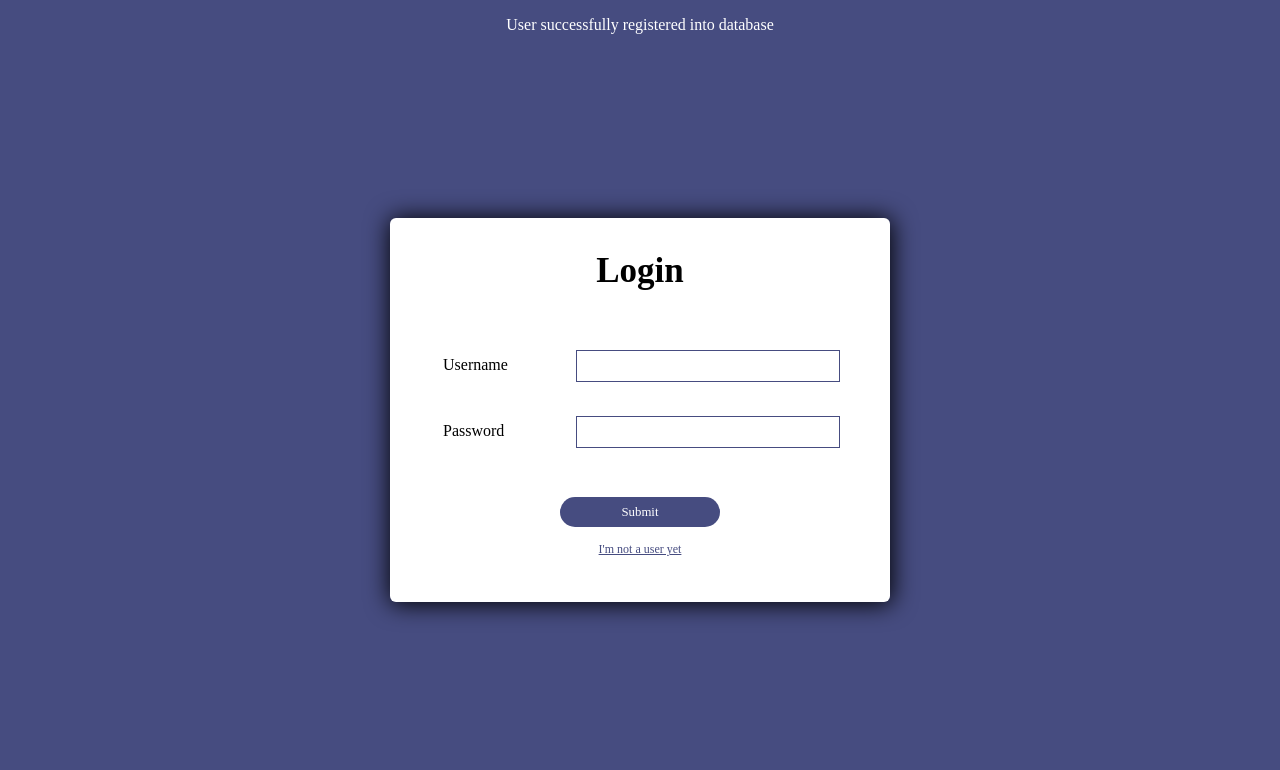
Repository: ivanmirandastavenuiter/jsp-raw-crud
Page: http://localhost/CH33TZ/index.jsp
An editor plug-in stored every save of this project. The page is shown before and after the next save, followed by the edit.
The browser window is 1280 px wide. The pictures show the whole page.
Some web fonts or font styles are not loaded; a fallback is used. The page is served by Tomcat 9. Other server files are loaded and not shown.

Above is the page before, as saved 2020-05-12 14:41:42.

### CH33TZ/WebContent/index.jsp
<%@ page language="java" contentType="text/html; charset=UTF-8"
    pageEncoding="UTF-8" %>
<%@ page import="java.sql.Statement" %>
<%@ page import="java.sql.ResultSet" %>
<%@ page import="java.sql.DriverManager" %>
<%@ page import="java.sql.Connection" %>
<%@ page import="java.sql.PreparedStatement" %>
<%@ page import="java.util.logging.Logger" %>
<%@ page import="java.util.Map, java.util.HashMap" %>
<%@ page import="java.util.Collection" %>
<%@ page import="java.util.Set" %>
<%@ page import="java.util.Set" %>
<%@ taglib uri = "http://java.sun.com/jsp/jstl/core" prefix = "c" %>
<!DOCTYPE html>
<html>
<head>
<meta charset="UTF-8">
<title>Login</title>
<link href="https://fonts.googleapis.com/css?family=Merriweather&display=swap" rel="stylesheet">
<script type="module" src="Validations/ValidationLogin.mjs"></script>
<style>

	body {
		background: #464c80;
		margin: 0;
		padding: 0;
		height: 100vh;
		width: 100vw;
		font-size: 62.5%; /* This is equivalent to 10px */
		font-family: 'Merriweather', serif;
	}

	div.main-container-div {
		height: 100%;
	}

	div.register-result-container {

	}

	div.register-result-message {
		width: 50%;
		margin: 0 auto;
		font-size: 1.6em;
		color: #fff;
	}

	div.register-result-message p {
		text-align: center;
	}

	div.main-content-div {
		height: 100%;
		display: flex;
		justify-content: center;
		align-items: center;
	}

	div.form-container-div {
		border-radius: 6px;
		background: #fff;
		width: 500px;
		box-shadow: 1px 1px 25px 1px #000;
	}

	div.form-container-div form {
		padding: 10px 30px 30px 30px;
		font-size: 1.6em;
	}

	div.form-container-div .login-div {
		padding: 10px;
		text-align: center;
		border-radius: 5px 5px 0 0;
	}

	div.user-not-found-div {
		width: 400px;
		margin: 0 auto;
		opacity: 0; /* To 1 */
		transition: opacity .5s linear;
		font-size: 1.6em;
		height: 0; /* To auto */
	}

	p.user-not-found {
		margin: 0 auto;
		padding: 0; /* To 5 */
		width: 63%;
		font-size: .7em;
		border: 1px solid #e21010;
		color: #e21010;
		text-align: center;
		height: 0; /* To auto */
	}

	div.form-container-div .login-div h1 {
		font-size: 3.5em;
	}

	/* Inside form-container-div */

	.inputs-group-div {
		padding: 15px;
	}

	.inputs-group-div .input-div {
		width: 400px;
		display: flex;
		justify-content: space-between;
		align-items: center;
		margin: 0 auto;
	}

	.inputs-group-div .input-div .form-input {
		width: 63%;
		height: 20px;
		font-family: inherit;
		font-size: .8em;
		outline: none;
		border: 1px solid #464c80;
		padding: 5px;
	}

	.inputs-group-div div[class$="wrong-validation-div"] {
		display: flex;
		justify-content: flex-end;
		width: 400px;
		margin: 0 auto;
		opacity: 0;
		transition: opacity .5s linear;
	}

	.inputs-group-div div[class$="wrong-validation-div"] p {
		width: 63%;
		padding: 5px;
		font-size: .7em;
		border: 1px solid #e21010;
		color: #e21010;
	}

	.inputs-group-div .input-div label {
		height: 20px;
		padding: 3px;
	}

	.inputs-group-div .input-div .submit-btn {
		font-family: inherit;
		font-size: .8em;
		margin: 15px auto 5px auto;
		width: 40%;
		padding: 5px;
		color: #fff;
		background: #464c80;
		border-radius: 20px;
		height: 30px;
		border: none;
		transition: background-color .3s linear;
		outline: none;
	}

	.inputs-group-div .register-link-div {
		text-align: center;
	}

	.inputs-group-div .register-link-div span {
		font-size: 0.75em;
		display: block;
		margin-top: 10px;
	}

	.inputs-group-div .register-link-div span a {
	  	color: #464c80 !important;
	}

	/* Buttons, boxes and links interactions */

	.inputs-group-div .input-div .submit-btn:hover {
		background:#666dad;
	}

	.inputs-group-div .input-div .submit-btn:active {
		background: #272b50;
		transition: none;
		border: 1.5px solid #bfc4fd;
	}

	.inputs-group-div .input-div .form-input:focus {
		background: #d1d8f1;
		border: 1px solid #000;
	}

	.inputs-group-div .form-input:-internal-autofill-selected {
		background-color: #d1d8f1 !important;
		border: 1px solid #000 !important;
	}

	.inputs-group-div .input-div .submit-btn:focus {
		background: #272b50;
		transition: none;
		border: 1.5px solid #bfc4fd;
	}

	.inputs-group-div .register-link-div span a:visited,
	.inputs-group-div .register-link-div span a:active {
		color: inherit;
	}

</style>
</head>
<body>

	<c:set var = "contextPath" value="${pageContext.request.contextPath}" />

	<%

		Logger logger = Logger.getLogger(com.ch33tz.logger.JspLogger.class.getName());

		if (request.getMethod().equals("POST") && !(boolean)request.getAttribute("errors")) {

			logger.info("Starting validation on target page.");
			logger.info("POST request detected on target page. Applying validation against input data.");

			//Validation of the user input
			String username = request.getParameter("username");
			String password = request.getParameter("pass");
			String contextPath = "/";
			boolean validation = true;

			try {

				username = username != null ? username.trim() : null;
				password = password != null ? password.trim() : null;

				if (username == null || username.isEmpty()
						|| password == null || password.isEmpty()) {

					logger.info("Errors detected on target page. Proceeding to generate errors");

					Cookie usernameCookieError = null;
					Cookie passwordCookieError = null;

					if (username == null || username.isEmpty()) {
						logger.warning("Bad input for username. Populating cookie");
						usernameCookieError = new Cookie("username", "username");
						usernameCookieError.setMaxAge(1);
						response.addCookie(usernameCookieError);
						validation = false;
					}

					if (password == null || password.isEmpty() ) {
						logger.warning("Bad input for password. Populating cookie");
						passwordCookieError = new Cookie("password", "password");
						passwordCookieError.setMaxAge(1);
						response.addCookie(passwordCookieError);
						validation = false;
					}

				}

			} catch (Exception e) {

				logger.severe("Exception thrown on validation: " + e.getMessage());

			}

			if (validation) {

				Connection conn = null;
				PreparedStatement stmt = null;
				ResultSet rs = null;

				Map <String, String> userData = new HashMap<String, String>();

				try {

					// Driver registration gets autoloaded on JDBC 4.0 compliant versions:

					// * mysql-connector-java-5.1.36.jar version or higher
					// * jdk 6 or higher

					// However, it only gets loaded after second request. At least, in JSP.
					// This sentence is equivalent to: Class.forName("com.mysql.cj.jdbc.Driver")
					DriverManager.getDrivers();

					String sql = "SELECT * FROM user WHERE usUse = ? AND usPas = ?";
					conn = DriverManager.getConnection("jdbc:mysql://localhost:3306/ch33tz", "root", "");
					stmt = conn.prepareStatement(sql, ResultSet.TYPE_SCROLL_INSENSITIVE, ResultSet.CONCUR_READ_ONLY);
					stmt.setString(1, username);
					stmt.setString(2, password);
					rs = stmt.executeQuery();

					if (rs.first()) {

						logger.info("User found: " + rs.getString("usUse") + ". Populating user data.");

						userData.put("id", Integer.toString(rs.getInt("usId")));
						userData.put("name", rs.getString("usNam"));
						userData.put("surname", rs.getString("usSur"));
						userData.put("username", rs.getString("usUse"));
						userData.put("email", rs.getString("usEma"));

						logger.info("Redirecting to welcome page...");

						request.getSession().setAttribute("user", userData);
						response.sendRedirect(request.getContextPath() + "/JSP/welcome.jsp");

					} else {
						logger.warning("User not found. Populating cookie");
						logger.info("Returning to login form.");
						Cookie userNotFoundCookie = new Cookie("error", "user-not-found");
						userNotFoundCookie.setMaxAge(1);
						response.addCookie(userNotFoundCookie);
					}

				} catch (Exception e) {

					logger.severe("Main exception: " + e.getMessage());

				} finally {

					try {

						if (rs != null) {
							rs.close();
						}

						if (stmt != null) {
							stmt.close();
						}

						if (conn != null) {
							conn.close();
						}

					} catch(Exception e) {

						logger.severe("Nested exception: " + e.getMessage());

					}

				}

			}

		}

	%>

	<!-- Main container -->
	<div class="main-container-div">

		<!-- Errors container -->
		<div class="register-result-container">
			<div class="register-result-message">
				<p>User successfully registered into database</p>
				<c:if test="${ not empty message}">
					<p>${message}</p>
					<c:remove var="message" />
				</c:if>
			</div>
		</div>

		<!-- Main content -->
		<div class="main-content-div">

			<div class="form-container-div">

				<!-- Login div -->
				<div class="login-div">
					<h1>Login</h1>
				</div>

				<!-- User not found div -->
				<div class="user-not-found-div">
					<p class="user-not-found"></p>
				</div>

				<!-- Form -->
				<form name="loginForm" method="post">

					<div class="inputs-group-div">

						<!-- Input items -->
						<div class="input-div">
							<label for="username">Username</label>
							<input class="form-input" type="text" name="username"/>
						</div>

						<div class="username-wrong-validation-div">
							<p class="username-wrong-validation"></p>
						</div>

						<div class="input-div">
							<label for="pass">Password</label>
							<input class="form-input" type="password" name="pass"/>
						</div>

						<div class="password-wrong-validation-div">
							<p class="password-wrong-validation"></p>
						</div>

						<div class="input-div">
							<input class="submit-btn" type="submit" value="Submit"/>
						</div>

						<div class="register-link-div">
							<span><a href="register.jsp">I'm not a user yet</a></span>
						</div>

					</div>

				</form>

			</div>

		</div>

	</div>



</body>
</html>

### CH33TZ/WebContent/Validations/ValidationLogin.mjs
/**
 * Name: ValidationLogin
 *
 * Author: Ivan Miranda Stavenuiter
 * MKNA
 *
 */

import { ValidationException } from '../Exceptions/ValidationException.mjs';
import { ValidationFormException } from '../Exceptions/ValidationFormException.mjs';

document.addEventListener("DOMContentLoaded", function() {

	var availableCookies = document.cookie;

	var loginForm = document.getElementsByName("loginForm")[0];
	var submit = false;
	var validation = true;

	var username = document.getElementsByName("username")[0];
	var pass = document.getElementsByName("pass")[0];
	var wrongUsernameNode = document.getElementsByClassName("username-wrong-validation")[0];
	var wrongPassNode = document.getElementsByClassName("password-wrong-validation")[0];
	var inputNodes = document.getElementsByClassName("form-input");

	var inputsMap = new Map();
	inputsMap.set(username, wrongUsernameNode)
			 .set(pass, wrongPassNode);

	// Main function on submit
	loginForm.onsubmit = function(e) {

		e.preventDefault();

		try {

			validation = true;
			inputsMap.forEach(validateInputs);

			if (!validation) {
				return false;
			} else {
				this.submit();
			}

		} catch (err) {

			console.log('Exception thrown by parent try/catch block: ');
			console.log('Name: ' + err.name);
			console.log('Description: ' + err.message);
			console.log('Stack: ' + err.stack);

		}

	};

	// Function triggered on submit
	function validateInputs(value, key, map) {

		try {

			submit = true;

			if (key.name === 'username' && key.value.trim() === '') {

				throw new ValidationFormException(ValidationException.WARNING,
												  ValidationException.USERNAME_EMPTY_FIELD,
												  value);

			} else if (key.name === 'pass' && key.value.trim() === '') {

				throw new ValidationFormException(ValidationException.WARNING,
												  ValidationException.PASSWORD_EMPTY_FIELD,
												  value);

			}

		} catch(validationFormException) {

			if (validationFormException instanceof ValidationFormException) {
				validationFormException.handleLoginErrorOnSubmit();
				validation = false;
			} else {
				throw validationFormException;
			}

		}

	}

	// This check values after submit
	function validateInputsAfterSubmit(value, key, map) {

		key.onkeyup = function() {

			try {

				let resetNode = (value) => {
					value.innerText = '';
					value.parentElement.style.transition = 'none';
					value.parentElement.style.opacity = 0;
				}

				if (submit) {

					let descriptionType = value.className.substring(0,4);

					if (descriptionType === 'user') {

						if (key.value.trim().length > 0) {
							resetNode(value);
						} else {
							throw new ValidationFormException(ValidationException.WARNING,
															  ValidationException.USERNAME_EMPTY_FIELD,
															  value);
						}

					}

					if (descriptionType === 'pass') {

						if (key.value.trim().length > 0) {
							resetNode(value);
						} else {
							throw new ValidationFormException(ValidationException.WARNING,
															  ValidationException.PASSWORD_EMPTY_FIELD,
															  value);
						}

					}

				}

			} catch(validationFormException) {

				if (validationFormException instanceof ValidationFormException) {
					validationFormException.handleLoginErrorAfterSubmit();
					validation = false;
				} else {
					throw validationFormException;
				}

			}

		}
	}

	inputsMap.forEach(validateInputsAfterSubmit);

	// Control errors from server if detected
	var controlErrorsFromServer = () => {

		try {

			let errorsArray = [];
			let usernameWrongMessageNode = document.querySelector("p.username-wrong-validation");
			let passwordWrongMessageNode = document.querySelector("p.password-wrong-validation");
			let userNotFoundMessageNode = document.querySelector("p.user-not-found");

			submit = true;

			errorsArray.push(getCookie('username'));
			errorsArray.push(getCookie('password'));
			errorsArray.push(getCookie('error'));

			var errorsList = (value, key, map) => {

				try {

					if (value.trim() === "username") {

						throw new ValidationFormException(ValidationException.WARNING,
								  ValidationException.USERNAME_EMPTY_FIELD,
								  usernameWrongMessageNode);

					}

					if (value.trim() === "password") {

						throw new ValidationFormException(ValidationException.WARNING,
								  ValidationException.PASSWORD_EMPTY_FIELD,
								  passwordWrongMessageNode);

					}

					if (value.trim() === "user-not-found") {

						throw new ValidationFormException(ValidationException.WARNING,
								  ValidationException.USER_NOT_FOUND,
								  userNotFoundMessageNode);

					}

				} catch(validationFormException){
					if (validationFormException instanceof ValidationFormException) {
						if (value.trim() === "user-not-found") {
							validationFormException.handleUserNotFoundError();
						} else {
							validationFormException.handleLoginErrorAfterSubmit();
						}
					} else {
						throw validationFormException;
					}

				}

			}

			errorsArray.forEach(errorsList);

		} catch(err) {

			console.log('Exception thrown while performing control over server data.');
			console.log('Name: ' + err.name);
			console.log('Description: ' + err.message);
			console.log('Stack: ' + err.stack);

		}

	}

	// Snippet to get cookies by name
	var getCookie = (cookieName) => {

		let cookieNameStartingIndex = availableCookies.indexOf(cookieName);
		let cookieValueStartingIndex = cookieNameStartingIndex + cookieName.length + 1;
		let charIndex = cookieValueStartingIndex;
		let endIndex = availableCookies.length;
		let cookieValue = '';

		if (cookieNameStartingIndex != -1) {

			while(availableCookies.charAt(charIndex) != ";" && charIndex != endIndex) {
				cookieValue += availableCookies.charAt(charIndex);
				charIndex++;
			}

			return cookieValue.trim();

		} else {

			return 'Cookie not found';

		}

	}

	// If cookies detected, validation thrown
	if (availableCookies != undefined && availableCookies != '') {
		controlErrorsFromServer();
	}

});

### CH33TZ/WebContent/Exceptions/ValidationException.mjs
/**
 * Name: ValidationException
 *
 * Author: Ivan Miranda Stavenuiter
 * MKNA
 *
 */

export class ValidationException extends Error {

	constructor(message) {
		super(message);
	}

	// Messages for exceptions
	static get WARNING() { return 'There has been an error on the validation process' };

	static get NAME_EMPTY_FIELD() { return 'Name field cannot be empty' };
	static get SURNAME_EMPTY_FIELD() { return 'Surname field cannot be empty' };
	static get USERNAME_EMPTY_FIELD() { return 'Username field cannot be empty' };
	static get PHONE_EMPTY_FIELD() { return 'Phone field cannot be empty' };
	static get EMAIL_EMPTY_FIELD() { return 'Email field cannot be empty' };
	static get PASSWORD_EMPTY_FIELD() { return 'Password field cannot be empty' };
	static get CONFIRM_EMPTY_FIELD() { return 'Confirm field cannot be empty' };
	static get PHONE_NOT_MATCH() { return 'Phone does not match requirements' };
	static get EMAIL_NOT_MATCH() { return 'Email does not match requirements' };
	static get USERNAME_EXISTS() { return 'Username already exists' };
	static get EMAIL_EXISTS() { return 'Email already exists' };
	static get PHONE_EXISTS() { return 'Phone already exists' };
	static get PASSWORD_NOT_MATCH() { return 'Password does not match requirements: one lowercase, one uppercase, one number and one special character. 8 characters length' };
	static get PASSWORD_NOT_EQUAL() { return 'Passwords don\'t match' };
	static get USER_NOT_FOUND() { return 'User not found in the database' };

}

### CH33TZ/WebContent/Exceptions/ValidationFormException.mjs
/**
 * Name: ValidationFormException
 *
 * Author: Ivan Miranda Stavenuiter
 * MKNA
 *
 */

import { ValidationException } from './ValidationException.mjs';

export class ValidationFormException extends ValidationException {

	constructor(message, description, htmlNode) {
		super(message);
		this.name = 'ValidationFormError';
		this.description = description;
		this.htmlNode = htmlNode;
	}

	handleRegisterErrorOnSubmit() {

		let inputContainerNode = this.htmlNode;
		let spanErrorTag = inputContainerNode.children[0].children[0];

		spanErrorTag.innerText = this.description;
		inputContainerNode.style.opacity = 1;

	}

	handleRegisterErrorAfterSubmit() {

		let inputContainerNode = this.htmlNode;
		let spanErrorTag = inputContainerNode.children[0].children[0];

		spanErrorTag.innerText = this.description;
		inputContainerNode.style.transition = 'opacity .5s linear';
		inputContainerNode.style.opacity = 1;

	}

	handleLoginErrorOnSubmit() {

		let wrongMessageNode = this.htmlNode;

		wrongMessageNode.innerText = this.description;
		wrongMessageNode.parentElement.style.opacity = 1;

	}

	handleLoginErrorAfterSubmit() {

		let wrongMessageNode = this.htmlNode;

		wrongMessageNode.parentElement.style.transition = 'opacity .5s linear';
		wrongMessageNode.parentElement.style.opacity = 1;
		wrongMessageNode.innerText = this.description;

	}

	handleUserNotFoundError() {

		let wrongMessageNode = this.htmlNode;

		wrongMessageNode.parentElement.style.transition = 'opacity .5s linear';
		wrongMessageNode.parentElement.style.opacity = 1;
		wrongMessageNode.parentElement.style.height = 'auto';
		wrongMessageNode.innerText = this.description;
		wrongMessageNode.style.padding = '5px';
		wrongMessageNode.style.height = 'auto';

	}

}

After the next save:
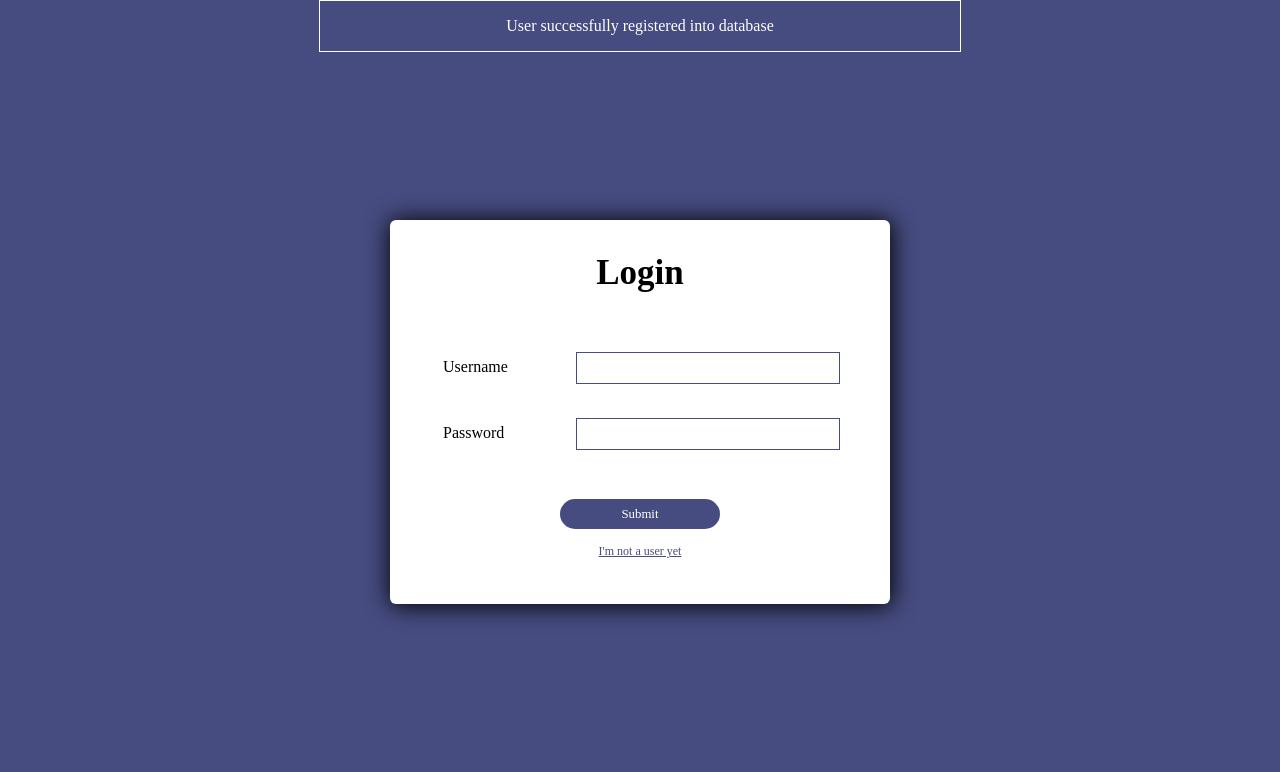
Saved 11 s later.
--- a/CH33TZ/WebContent/index.jsp
+++ b/CH33TZ/WebContent/index.jsp
@@ -43,6 +43,7 @@
 		margin: 0 auto;
 		font-size: 1.6em;
 		color: #fff;
+		border: 1px solid #fff;
 	}
 
 	div.register-result-message p {
